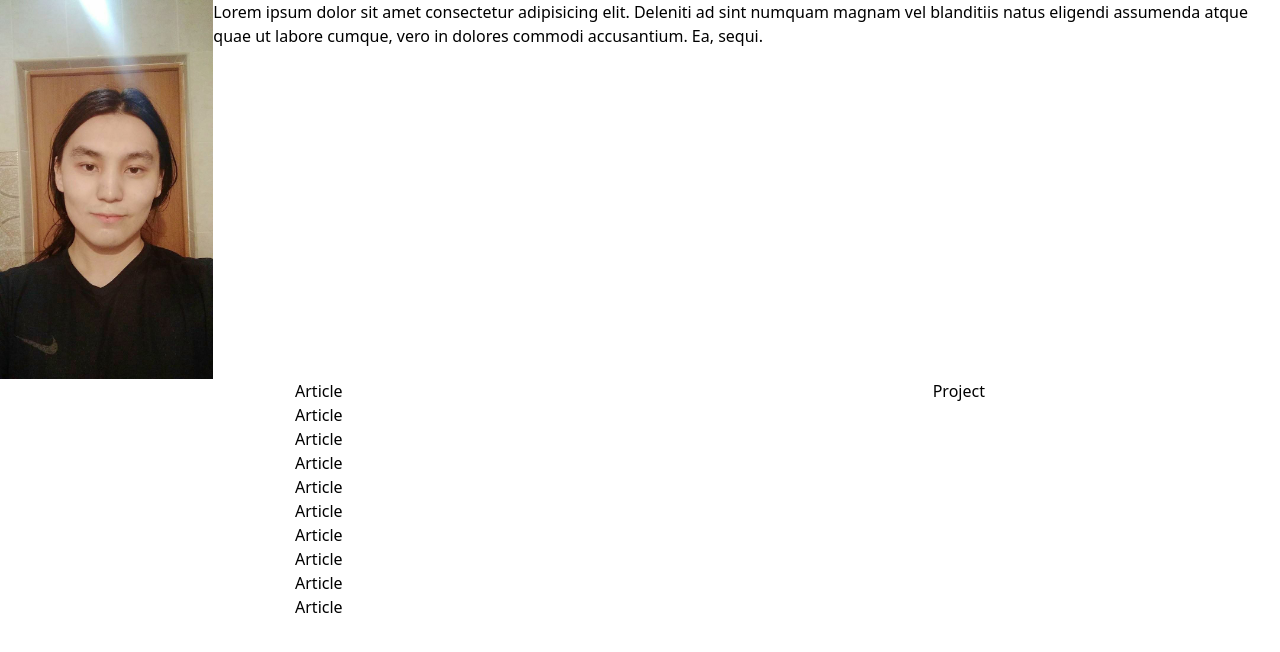
Repository: SkuldFuture/my-app
Page: /
An editor plug-in stored every save of this project. The page is shown before and after the next save, followed by the edit.
The browser window is 1280 px wide. The pictures show the whole page.
The project was rebuilt for these pictures with package versions that can differ from the ones it lists, and the page was loaded fresh each time. Also part of the build but not shown: src/App.css.

Above is the page before, as saved 2023-02-13 18:50:30.

### src/pages/Home.tsx
import { Articles } from "../components/Articles";
import { Header } from "../components/Header";
import { Projects } from "../components/Projects";

export function Home() {
  return (
    <>
      <Header />
      <div className="flex flex-row justify-around">
        <ul>
        <Articles />
        </ul>
        <ul>
        <Projects />
        </ul>
      </div>
    </>
  );
}

### src/components/Articles.tsx
import { Article } from "./Article";

export function Articles() {
  return (
    <>
      <Article />
      <Article />
      <Article />
      <Article />
      <Article />
      <Article />
      <Article />
      <Article />
      <Article />
      <Article />
    </>
  );
}

### src/components/Header.tsx
import React from "react";
import { Biography } from "./Biography";
import { RezumePhoto } from "./RezumePhoto";

export function Header() {
  return (
    <div className="flex flex-row justify-between">
      <RezumePhoto />
      <Biography />
    </div>
  );
}

### src/components/Projects.tsx
import React from 'react'
import { Project } from './Project'

export function Projects() {
  return (
    <Project />
  )
}

### src/components/Article.tsx
import React from 'react'

export function Article() {
  return (
    <div>Article</div>
  )
}

### src/components/Biography.tsx
import React from 'react'

export function Biography() {
  return (
    <div>Lorem ipsum dolor sit amet consectetur adipisicing elit. Deleniti ad sint numquam magnam vel blanditiis natus eligendi assumenda atque quae ut labore cumque, vero in dolores commodi accusantium. Ea, sequi.</div>
  )
}

### src/components/RezumePhoto.tsx
import React from 'react'

export function RezumePhoto() {
  return (
    <img className='w-1/6' src={require("../assets/photo.jpg")} alt="Me" />
  )
}

### src/components/Project.tsx
import React from 'react'

export function Project() {
  return (
    <div>Project</div>
  )
}

Loaded but not shown: public/index.html (common file); src/index.tsx (common file); src/index.css (common file); src/App.tsx (common file); tailwind.config.js (common file)

After the next save:
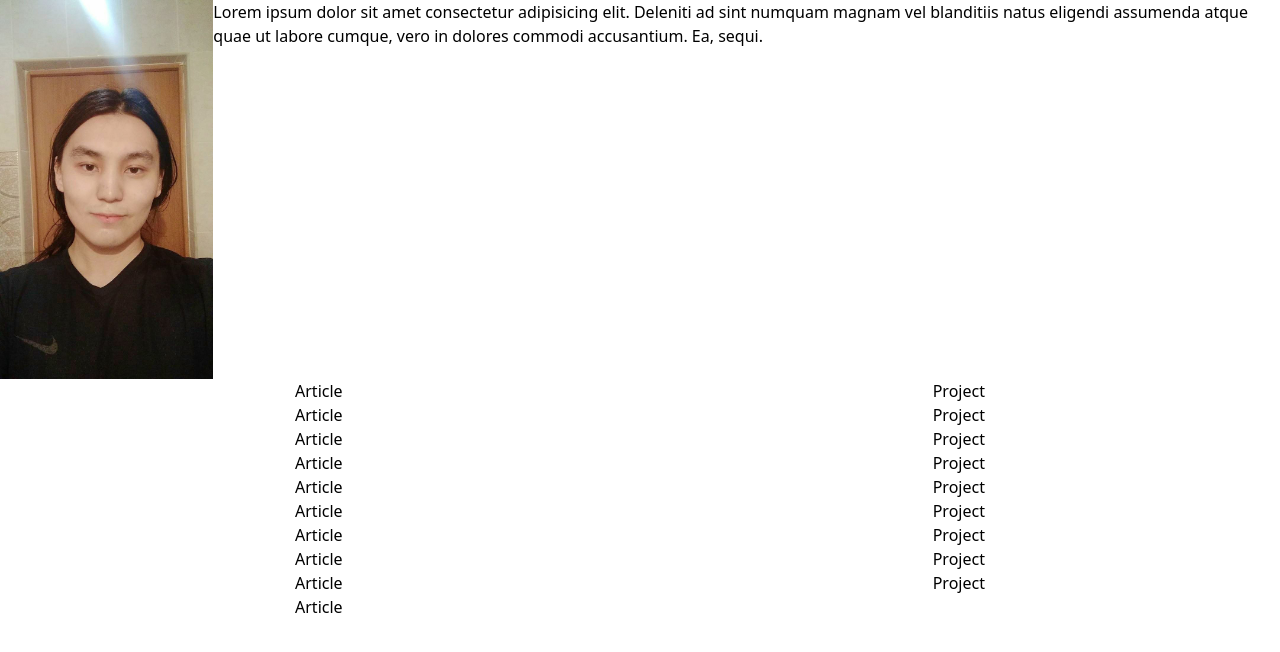
Saved 29 s later.
--- a/src/components/Projects.tsx
+++ b/src/components/Projects.tsx
@@ -1,8 +1,18 @@
-import React from 'react'
-import { Project } from './Project'
+import React from "react";
+import { Project } from "./Project";
 
 export function Projects() {
   return (
-    <Project />
-  )
+    <>
+      <Project />
+      <Project />
+      <Project />
+      <Project />
+      <Project />
+      <Project />
+      <Project />
+      <Project />
+      <Project />
+    </>
+  );
 }
